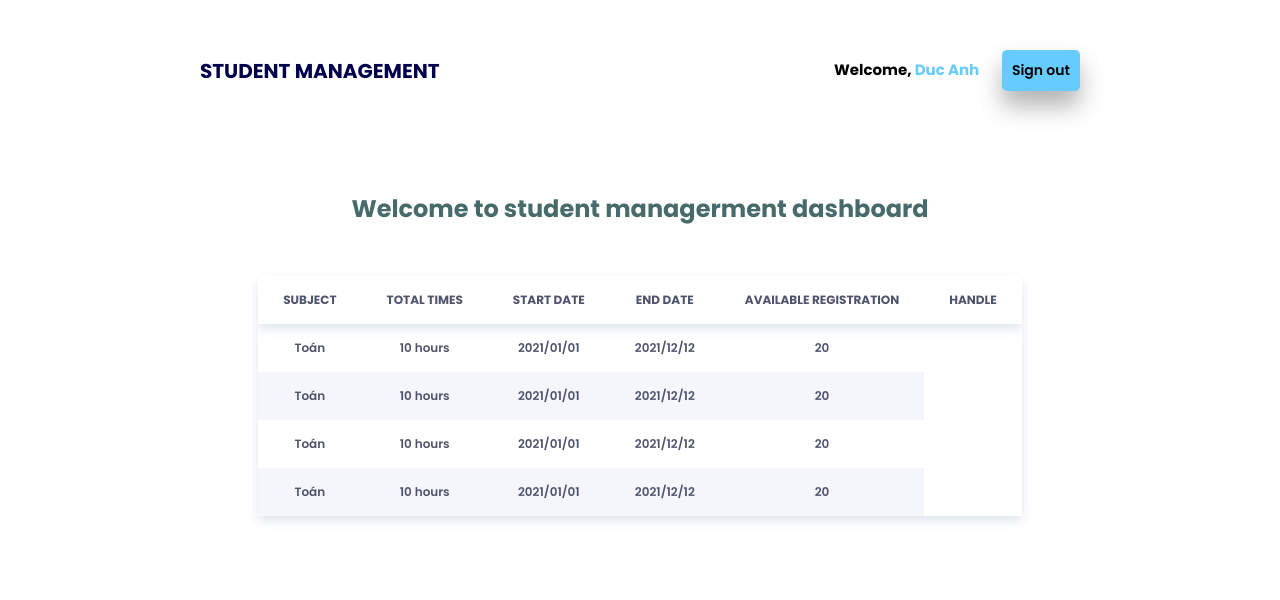
Repository: lenhandat/studentManagement
Page: front-end/fontpart3/Student_Management/user/homeUser.html
The author's editor kept a copy of each file at every save. The page is drawn from the files as they stood at one save, then again after the next save.
The browser window is 1280 px wide. The pictures show the whole page.
Some icons come from a web library that is not loaded, so they are not drawn.

Above is the page before, as saved 2021-08-27 23:54:08.

After the next save:
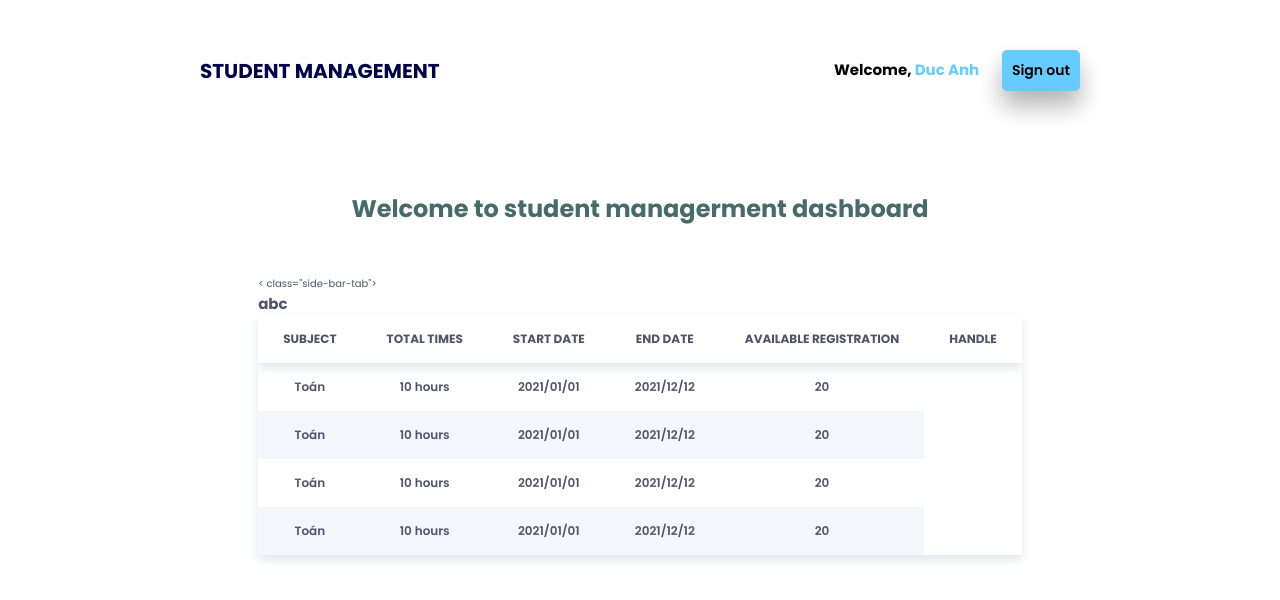
Saved 6 s later.
--- a/front-end/fontpart3/Student_Management/user/homeUser.html
+++ b/front-end/fontpart3/Student_Management/user/homeUser.html
@@ -25,8 +25,8 @@
     <main>
         <h1 class = "title">Welcome to student managerment dashboard</h1>
         <section class="table__student">
-            <div class="side-bar-tab">
-
+            < class="side-bar-tab">
+                <h1>abc</h1>
             </div>
             <table class="table__content">
                 <thead>
